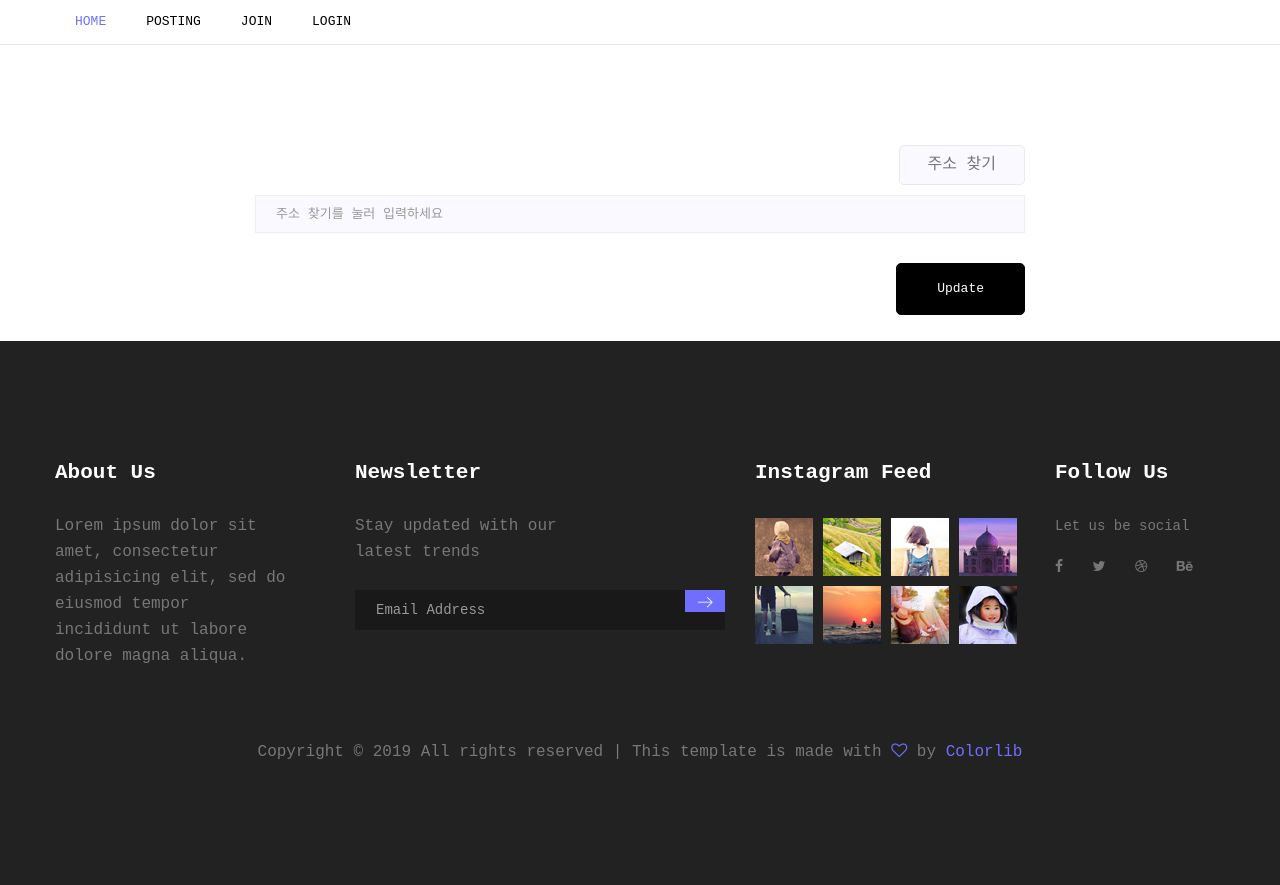
Repository: juneyj114/jspblog
Page: http://localhost/blog/user/userProfileForm.jsp
An editor plug-in stored every save of this project. The page is shown before and after the next save, followed by the edit.
The browser window is 1280 px wide. The pictures show the whole page.
Some web fonts or font styles are not loaded; a fallback is used. The page is served by Tomcat 9.

Above is the page before, as saved 2019-11-13 05:31:01.

After the next save:
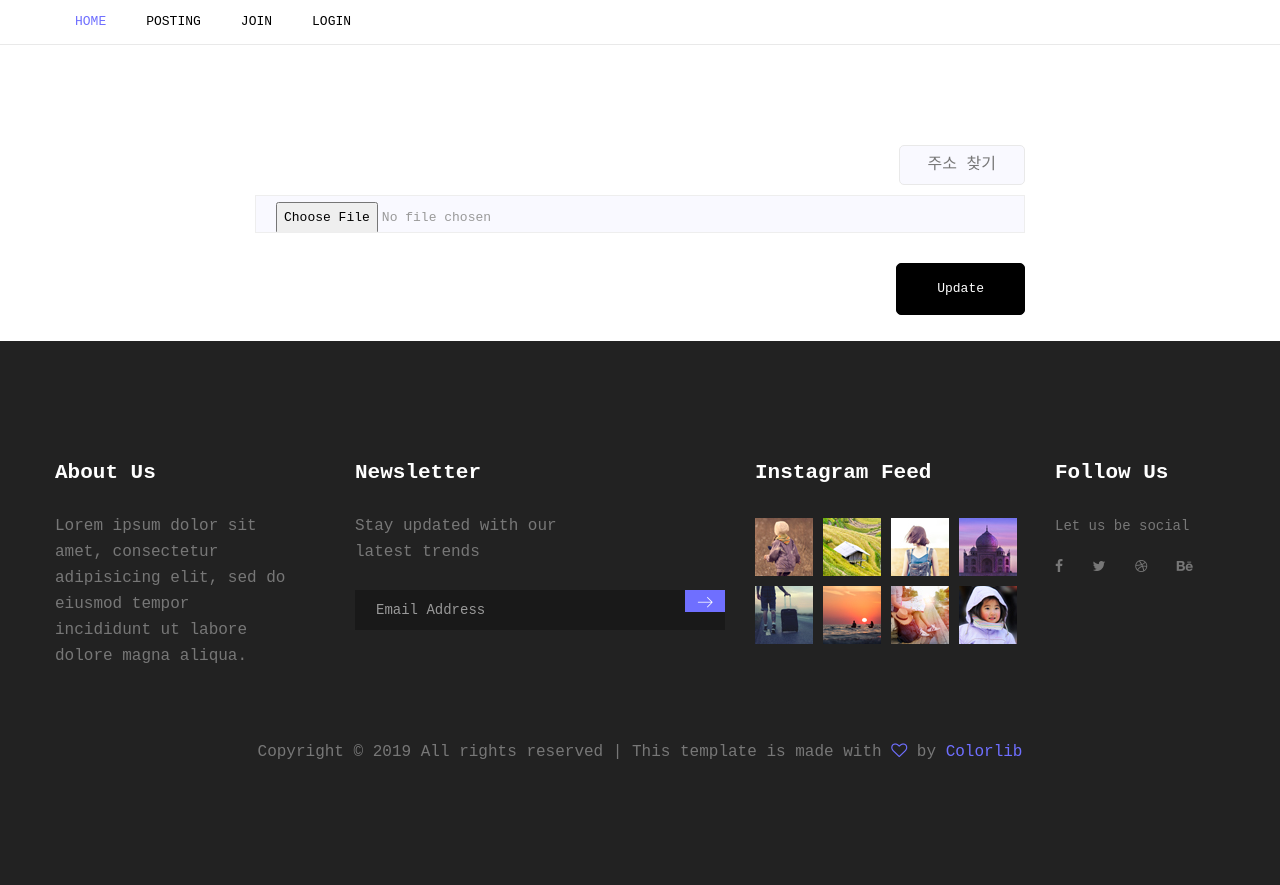
Saved 62 s later.
--- a/blog/WebContent/user/userProfileForm.jsp
+++ b/blog/WebContent/user/userProfileForm.jsp
@@ -17,7 +17,7 @@
 					</div>
 					<div class="col-md-12">
 						<div class="form-group">
-							<input type="text" class="form-control" value="${sessionScope.user.addr}" placeholder="주소 찾기를 눌러 입력하세요" name="addr" id = "roadFullAddr" required="required" readonly>
+							<input type="file" class="form-control" placeholder="이미지를 선택해주세요." name="userProfile" readonly>
 						</div>
 					</div>
 					<div class="col-md-12 text-right">
